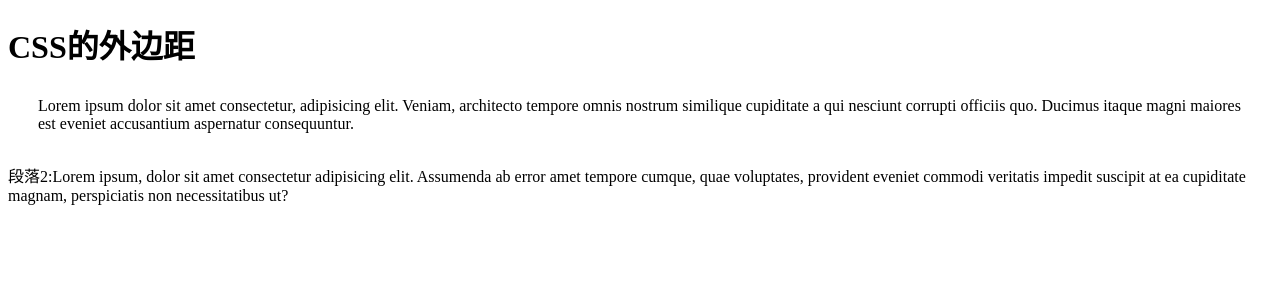
Repository: nanfengovo/CSS
Page: margin.html
These files come from the project's save history. The page is drawn as it stood at one moment and after the next save; the edit follows.
The browser window is 1280 px wide. The pictures show the whole page.

Above is the page before, as saved 2025-01-01 10:12:25.

### margin.html
<!DOCTYPE html>
<html lang="en">
<head>
    <meta charset="UTF-8">
    <meta name="viewport" content="width=device-width, initial-scale=1.0">
    <title>CSS的外边距</title>
    <style>
        #div_1{
            margin: 30px;
        }
    </style>
</head>
<body>
    <h1>CSS的外边距</h1>
    <div id="div_1">
        Lorem ipsum dolor sit amet consectetur, adipisicing elit. Veniam, architecto tempore omnis nostrum similique cupiditate a qui nesciunt corrupti officiis quo. Ducimus itaque magni maiores est eveniet accusantium aspernatur consequuntur.
    </div>
    <p id="p2">段落2:Lorem ipsum, dolor sit amet consectetur adipisicing elit. Assumenda ab error amet tempore cumque, quae voluptates, provident eveniet commodi veritatis impedit suscipit at ea cupiditate magnam, perspiciatis non necessitatibus ut?</p>
</body>
</html>

After the next save:
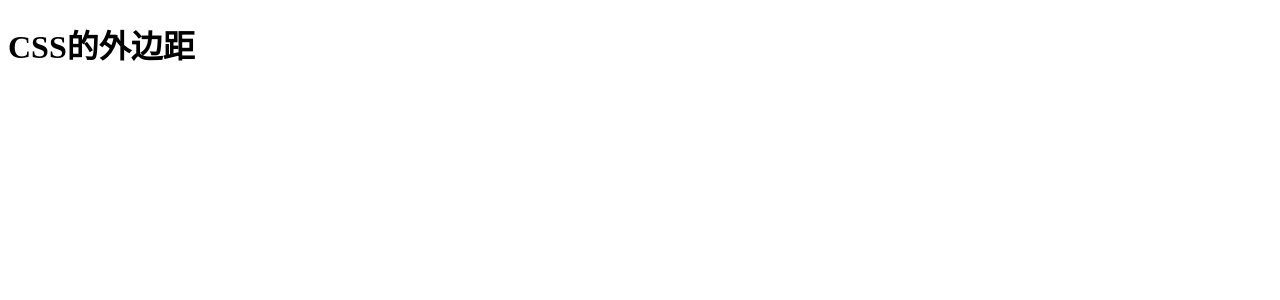
Saved 104 s later.
--- a/margin.html
+++ b/margin.html
@@ -7,14 +7,16 @@
     <style>
         #div_1{
             margin: 30px;
+            width: 200px;
+            height: 200px;
         }
     </style>
 </head>
 <body>
     <h1>CSS的外边距</h1>
     <div id="div_1">
-        Lorem ipsum dolor sit amet consectetur, adipisicing elit. Veniam, architecto tempore omnis nostrum similique cupiditate a qui nesciunt corrupti officiis quo. Ducimus itaque magni maiores est eveniet accusantium aspernatur consequuntur.
+
     </div>
-    <p id="p2">段落2:Lorem ipsum, dolor sit amet consectetur adipisicing elit. Assumenda ab error amet tempore cumque, quae voluptates, provident eveniet commodi veritatis impedit suscipit at ea cupiditate magnam, perspiciatis non necessitatibus ut?</p>
+    <div id="div_2"></div>
 </body>
 </html>
